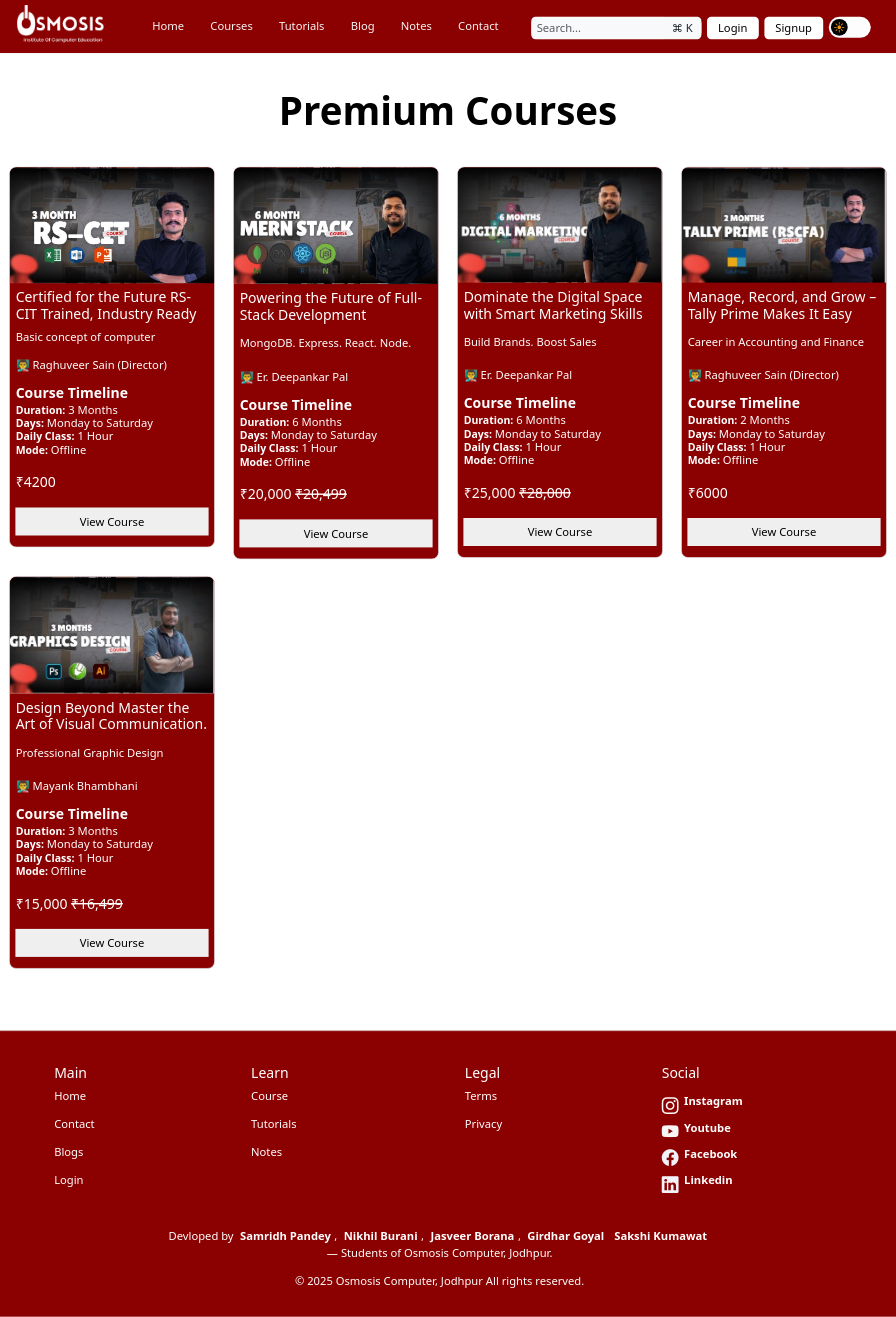
Repository: samriidhpandey/osmosis
Page: /Courses
The author's editor kept a copy of each file at every save. The page is drawn from the files as they stood at one save, then again after a run of saves.
The browser window is 1280 px wide. The pictures show the whole page, at 70% of full size.
The project was rebuilt for these pictures with package versions that can differ from the ones it lists, and the page was loaded fresh each time. Also part of the build but not shown: vite.config.js, src/Section2.jsx, src/Section3.jsx, src/Section4.jsx, src/InfiniteReviewScroll.jsx, src/Section5.jsx, src/TypingText.jsx, src/AnimatedName.jsx and 103 more. Imported but missing from the stored project, and not drawn on this page: src/Images/final-app-on-mobile.mp4, src/Images/final-app-on-pc.mp4, src/Images/open-terminals.mp4, src/Images/python-location.mp4.

Above is the page before, as saved 2025-07-21 16:37:21.

After the next 2 saves:
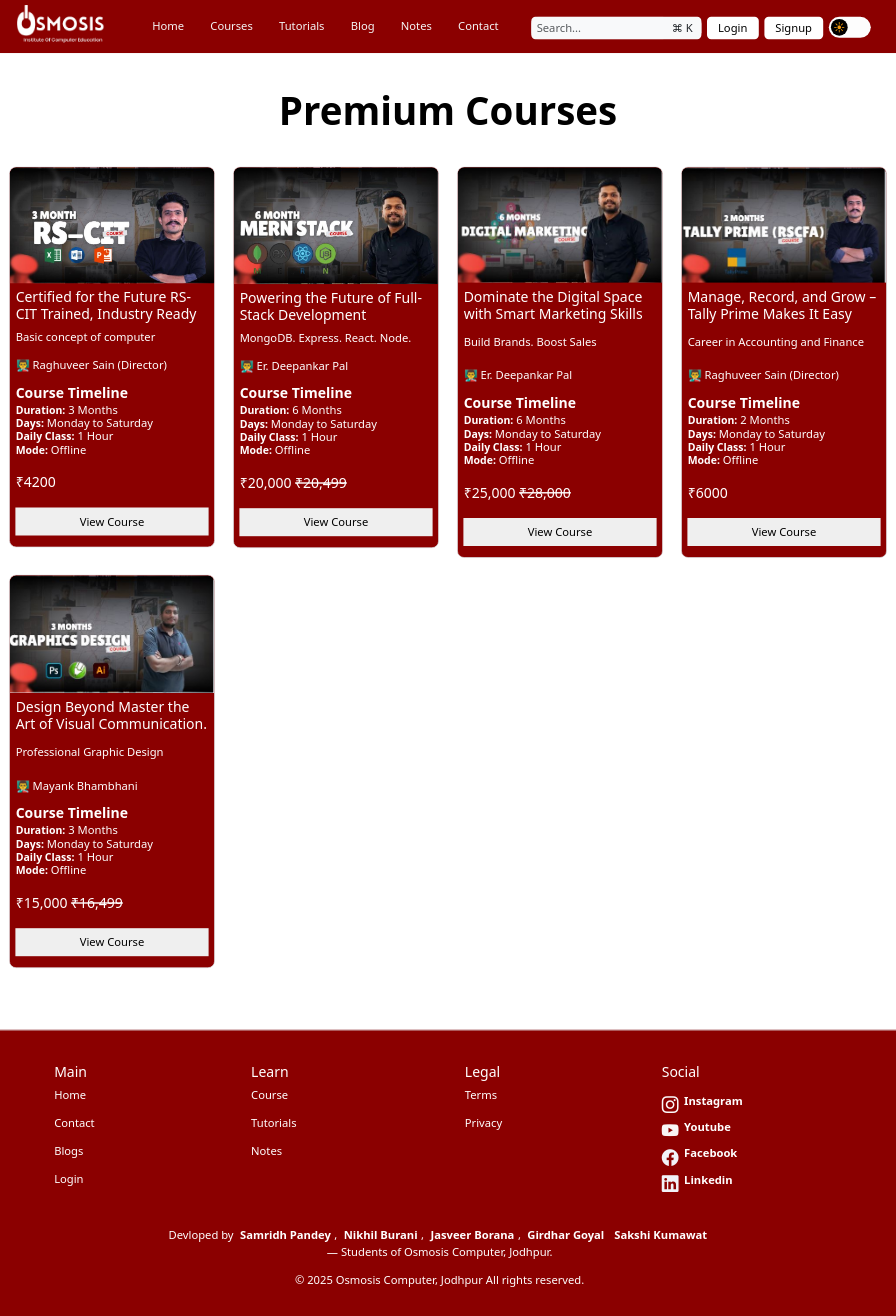
The 2 saves are shown as one change because they came seconds apart.
The last was saved 32 s later.
--- a/src/Component2/Courses.jsx
+++ b/src/Component2/Courses.jsx
@@ -79,8 +79,8 @@
               </div>
               <div className=" p-2">
             <h5 className=''>Powering the Future of Full-Stack Development</h5>
-            <p className='mt-3'>MongoDB. Express. React. Node.</p>
-            <p className='mt-4'>👨‍🏫 Er. Deepankar Pal</p>
+            <p className=''>MongoDB. Express. React. Node.</p>
+            <p className=''>👨‍🏫 Er. Deepankar Pal</p>
             <h5 style={headingStyle}>Course Timeline</h5>
       <p style={itemStyle}><strong>Duration:</strong> 6 Months</p>
       <p style={itemStyle}><strong>Days:</strong> Monday to Saturday</p>
